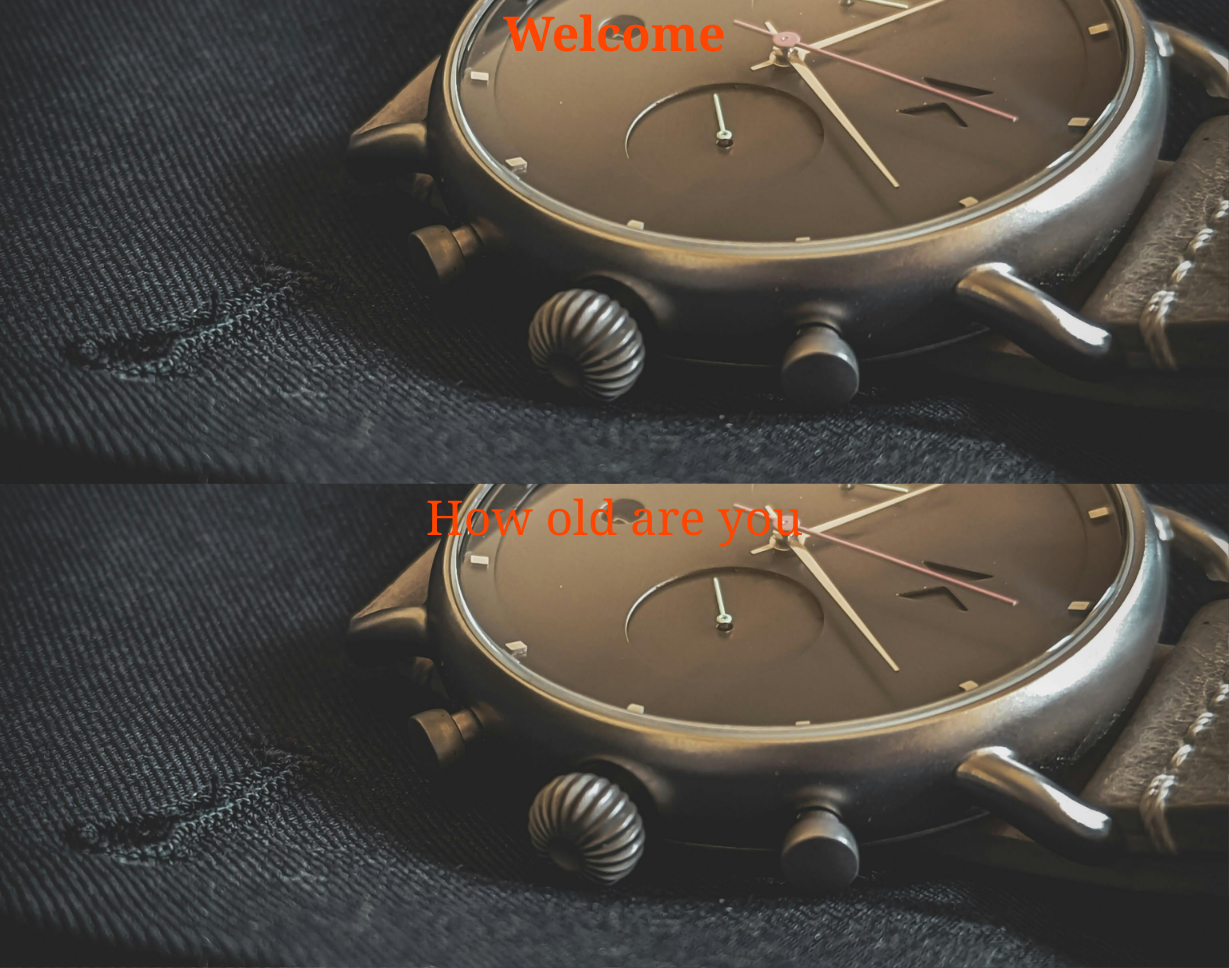
Repository: kem85/beginning
Page: web/js/index.html
These files come from the project's save history. The page is drawn as it stood at one moment and after the next save; the edit follows.
The browser window is 1280 px wide. The pictures show the whole page, at 96% of full size.
Backgrounds fixed to the window are drawn as part of the page.

Above is the page before, as saved 2024-06-18 03:00:40.

### web/js/index.html
<!DOCTYPE html>
<html lang="en">
<head>
    <meta charset="UTF-8">
    <meta name="viewport" content="width=device-width, initial-scale=1.0">
    <title>Document</title>
    <script src="./test.js"></script>
    <link rel="stylesheet" href="./main.css">
</head>
<body>
    <div class="banner">
        <h1 class="welcomesign">Welcome</h1>
        <p class="welcomesign">How old are you</p>
    </div>
</body>
</html>

### web/js/test.js
window.alert("what is love");

### web/js/main.css
*{
    font-family:Cambria, Cochin, Georgia, Times, 'Times New Roman', serif;
    background-image: url("./watch.jpg");
    background-position: center;
    background-attachment: fixed;
    background-size: cover;
    padding:0;
    margin:0;
    box-sizing: border-box;
}
.welcomesign{
    min-width: 100vw;
    min-height:70vh;
    display:block;
    color: orangered;
    justify-content: center;
    align-items: center;
    text-align: center;
    font-size: 50px;
}

After the next save:
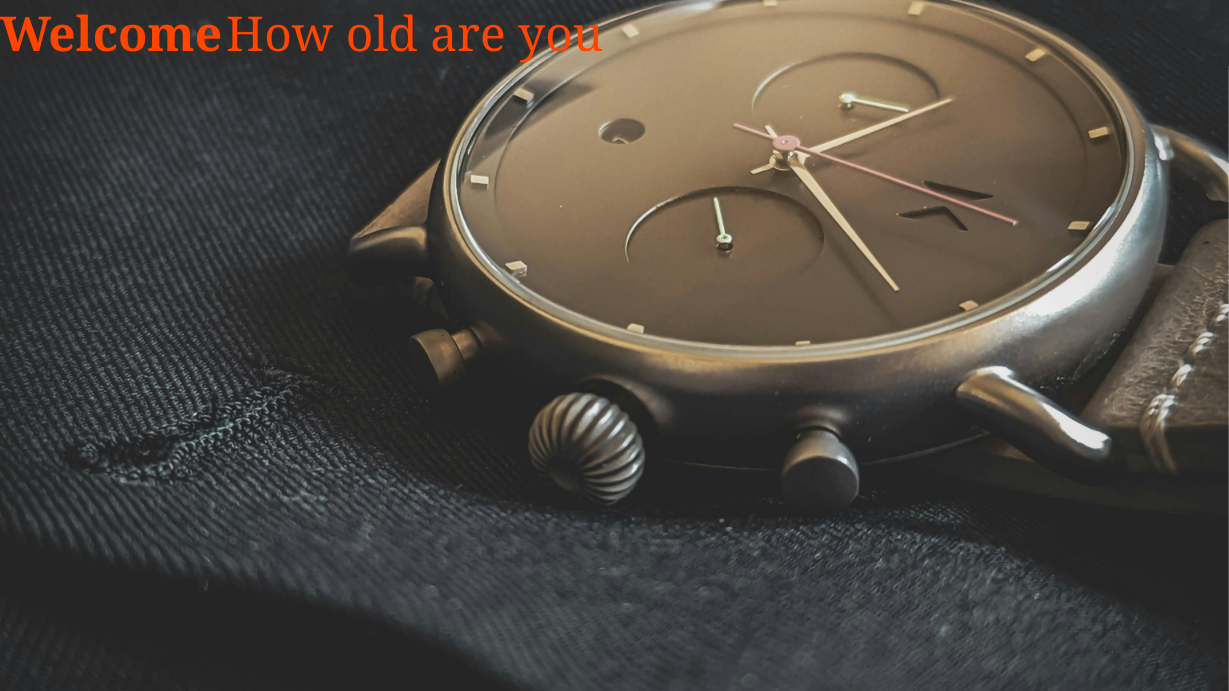
Saved 4 s later.
--- a/web/js/main.css
+++ b/web/js/main.css
@@ -11,7 +11,7 @@
 .welcomesign{
     min-width: 100vw;
     min-height:70vh;
-    display:block;
+    display:inline;
     color: orangered;
     justify-content: center;
     align-items: center;

After the save that followed:
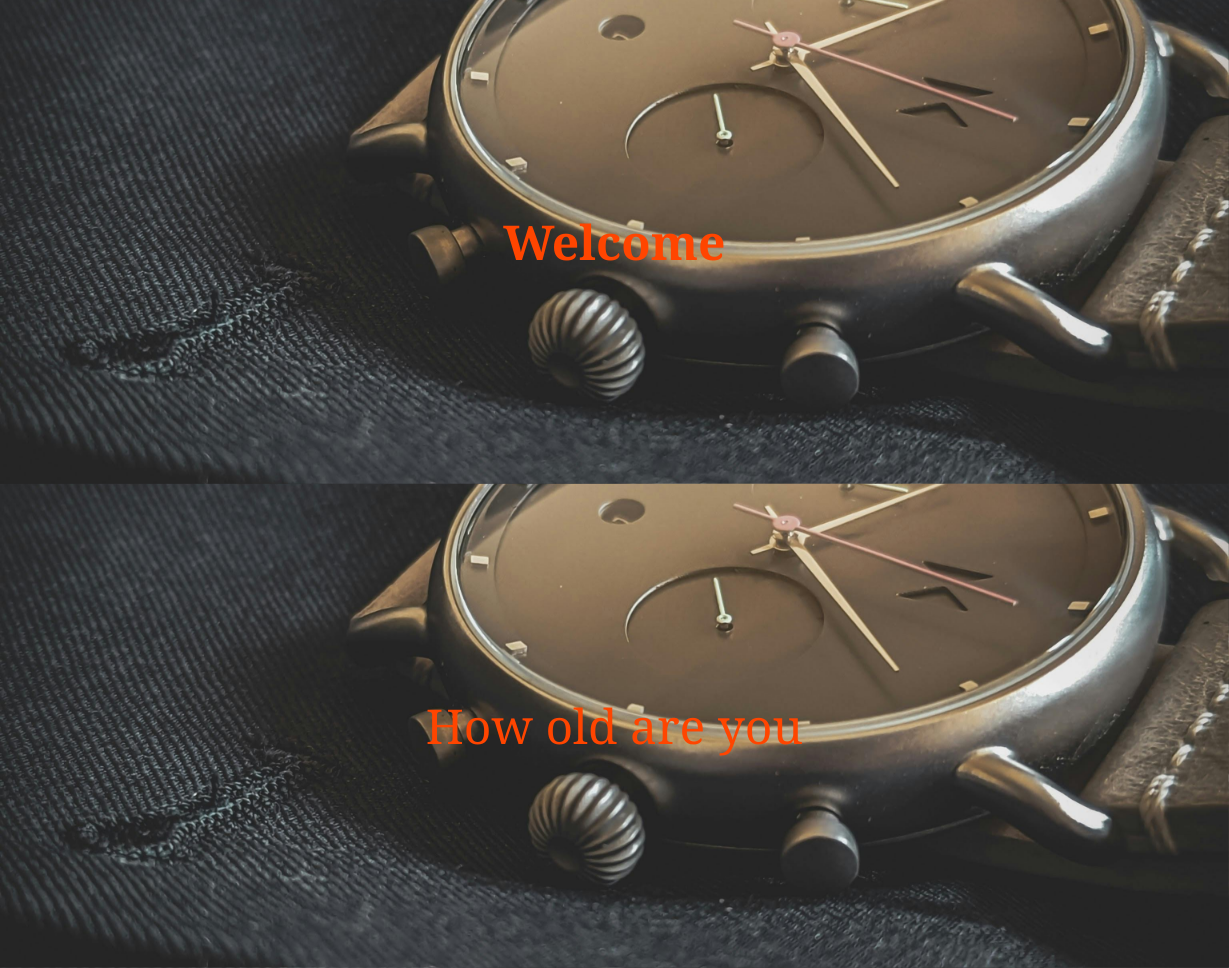
Saved 5 s later.
--- a/web/js/main.css
+++ b/web/js/main.css
@@ -11,7 +11,7 @@
 .welcomesign{
     min-width: 100vw;
     min-height:70vh;
-    display:inline;
+    display:flex;
     color: orangered;
     justify-content: center;
     align-items: center;
